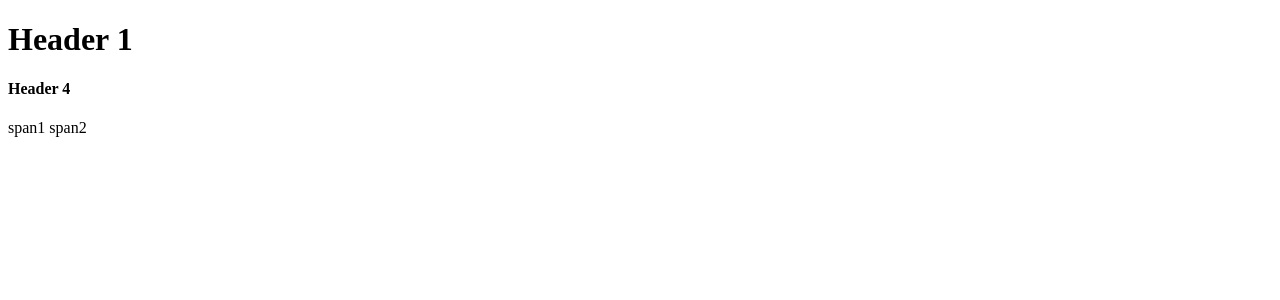
Repository: Scoobi-wisdoom/web
Page: d01/web/a2.html
The author's editor kept a copy of each file at every save. The page is drawn from the files as they stood at one save, then again after the next save.
The browser window is 1280 px wide. The pictures show the whole page.

Above is the page before, as saved 2020-08-05 04:06:33.

After the next save:
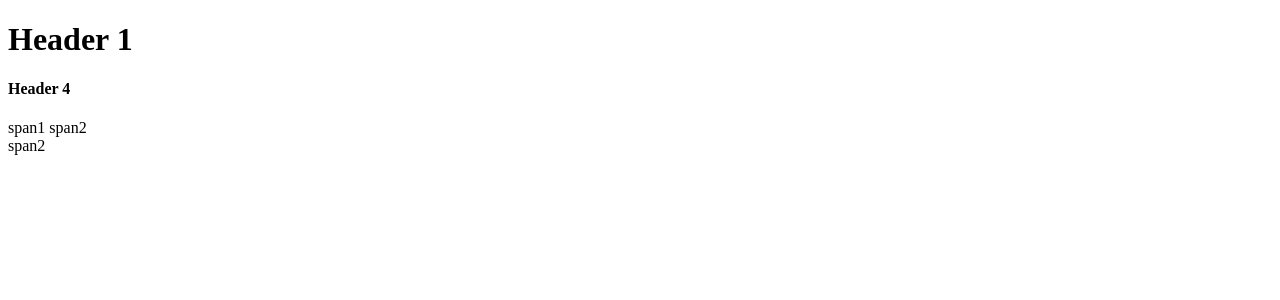
Saved 9 min 32 s later.
--- a/d01/web/a2.html
+++ b/d01/web/a2.html
@@ -14,5 +14,7 @@
 	 <h4>Header 4</h4>
 	 <span>span1</span>
 	 <span>span2</span>
+	 <br>
+	 <span>span2</span>
 </body>
 </html>
